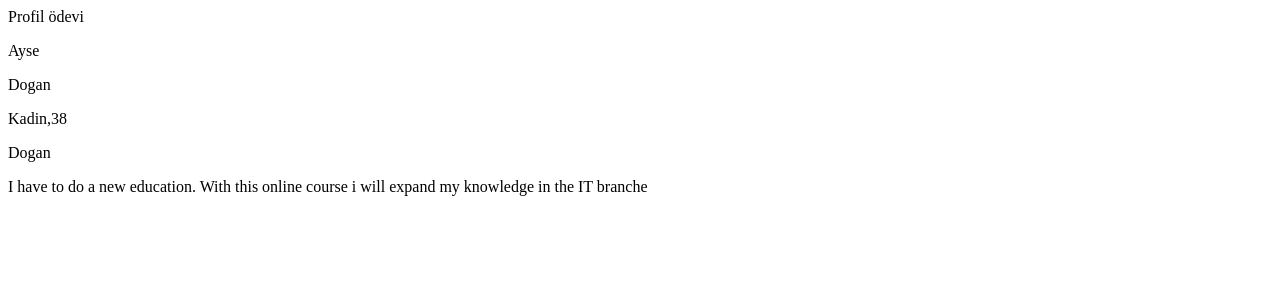
Repository: aysedo/html
Page: Week_2/profile/index.html
The author's editor kept a copy of each file at every save. The page is drawn from the files as they stood at one save, then again after the next save.
The browser window is 1280 px wide. The pictures show the whole page.

Above is the page before, as saved 2021-08-25 22:32:32.

### Week_2/profile/index.html
<!DOCTYPE html>
<html lang="en">
  <head>
    <meta charset="UTF-8" />
    <meta http-equiv="X-UA-Compatible" content="IE=edge" />
    <meta name="viewport" content="width=device-width, initial-scale=1.0" />
    <title>Document</title>
  </head>
  <body>
    <titel>Profil ödevi</titel>
    <img source="örnek schema.png"<alt="bos cerceve">
          <p> Ayse </p>
          <p> Dogan </p>
          <p> Kadin,38 </p>
          <p> Dogan </p>

          <p>I have to do a new education. With this online course i will expand my knowledge in the IT branche</p>

          <address> </address>
        </tr>
      </table>

  </body>
</html>

After the next save:
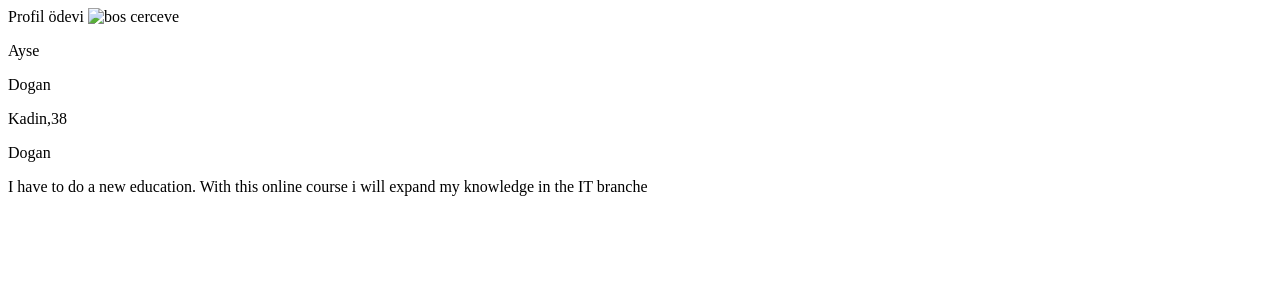
Saved 15 s later.
--- a/Week_2/profile/index.html
+++ b/Week_2/profile/index.html
@@ -8,7 +8,7 @@
   </head>
   <body>
     <titel>Profil ödevi</titel>
-    <img source="örnek schema.png"<alt="bos cerceve">
+    <img source="örnek schema.png" alt="bos cerceve">
           <p> Ayse </p>
           <p> Dogan </p>
           <p> Kadin,38 </p>
